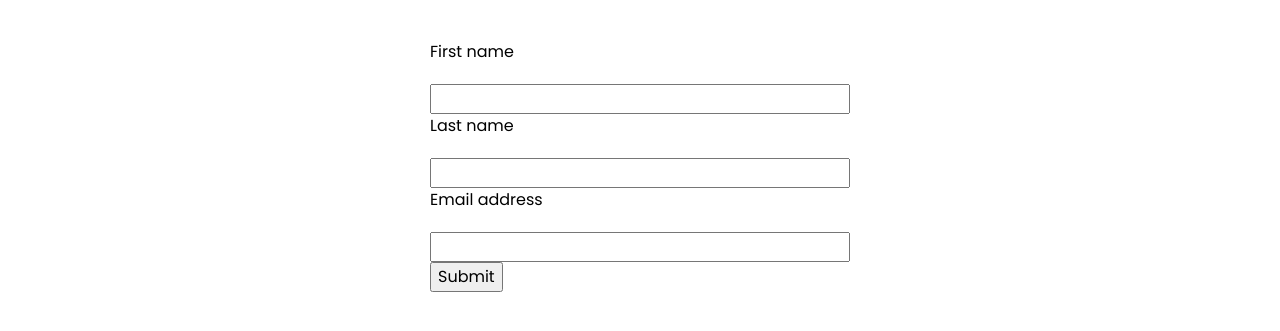
Repository: hoang0508/ReactJsDevWork
Page: /
These files come from the project's save history. The page is drawn as it stood at one moment and after the next save; the edit follows.
The browser window is 1280 px wide. The pictures show the whole page.
The project was rebuilt for these pictures with package versions that can differ from the ones it lists, and the page was loaded fresh each time.

Above is the page before, as saved 2022-02-13 14:53:28.

### src/index.scss
body {
  margin: 0;
  font-family: "Poppins", sans-serif;
  font-size: 16px;
  -webkit-font-smoothing: antialiased;
  -moz-osx-font-smoothing: grayscale;
}

code {
  font-family: source-code-pro, Menlo, Monaco, Consolas, "Courier New",
    monospace;
}

### src/App.js
import "./App.scss";
import Form from "./components/Form/Form";
// import YoutubeSearch from "./components/YTBSearch/YoutubeSearch";
// import Product from "./components/Product/Product";
// import Button from "./components/Button/Button";
// import Food from "./components/FoodApi/Food";

function App() {
  return (
    <>
      {/* <div>Hello</div> */}
      {/* <Food /> */}
      {/* <Button /> */}
      {/* <Product /> */}
      {/* <YoutubeSearch /> */}
      <Form />
    </>
  );
}

export default App;

### src/App.scss
@import url("https://fonts.googleapis.com/css2?family=Poppins:ital,wght@0,300;0,400;0,500;0,600;0,700;1,600&family=Red+Hat+Display:wght@300;400;500;600;700&display=swap");
*,
*::before,
*::after {
  box-sizing: border-box;
}
body,
h1,
h2,
h3,
h4,
h5,
h6,
p,
figure,
picture {
  margin: 0;
}
body {
  min-height: 100vh;
  line-height: 1.5;
}
input,
button,
select,
textarea {
  font: inherit;
}
img,
picture {
  display: block;
  max-width: 100%;
}
/* remove animation for people who've turned them off */
@media (prefers-reduced-motion: reduce) {
  *,
  *::before,
  *::after {
    animation-duration: 0.01ms !important;
    animation-iteration-count: 1 !important;
    transition-duration: 0.01ms !important;
    scroll-behavior: auto !important;
  }
}

// body {
//   background: #eb3349; /* fallback for old browsers */
//   background: -webkit-linear-gradient(
//     to right,
//     #f45c43,
//     #eb3349
//   ); /* Chrome 10-25, Safari 5.1-6 */
//   background: linear-gradient(
//     to right,
//     #f45c43,
//     #eb3349
//   ); /* W3C, IE 10+/ Edge, Firefox 16+, Chrome 26+, Opera 12+, Safari 7+ */
// }

// body {
//   background-color: #181818;
// }

### src/components/Form/Form.js
import React from "react";
import "./Form.scss";
const Form = () => {
  return (
    <form className="form">
      <div className="form-group">
        <label htmlFor="firstName" className="form-label">
          First name
        </label>
        <input
          className="form-input"
          type="text"
          name="firstName"
          id="firstName"
        />
      </div>
      <div className="form-group">
        <label htmlFor="lastName" className="form-label">
          Last name
        </label>
        <input
          className="form-input"
          type="text"
          name="lastName"
          id="lastName"
        />
      </div>
      <div className="form-group">
        <label htmlFor="email" className="form-label">
          Email address
        </label>
        <input className="form-input" type="email" name="email" id="email" />
      </div>
      <button className="form-btn">Submit</button>
    </form>
  );
};

export default Form;

### src/components/Form/Form.scss
.form {
  padding: 40px;
  max-width: 500px;
  width: 100%;
  margin: 0 auto;
  &-group {
    display: flex;
    flex-direction: column;
    gap: 20px;
  }
}

Loaded but not shown: public/index.html (common file); src/index.js (common file); src/reportWebVitals.js (common file)

After the next save:
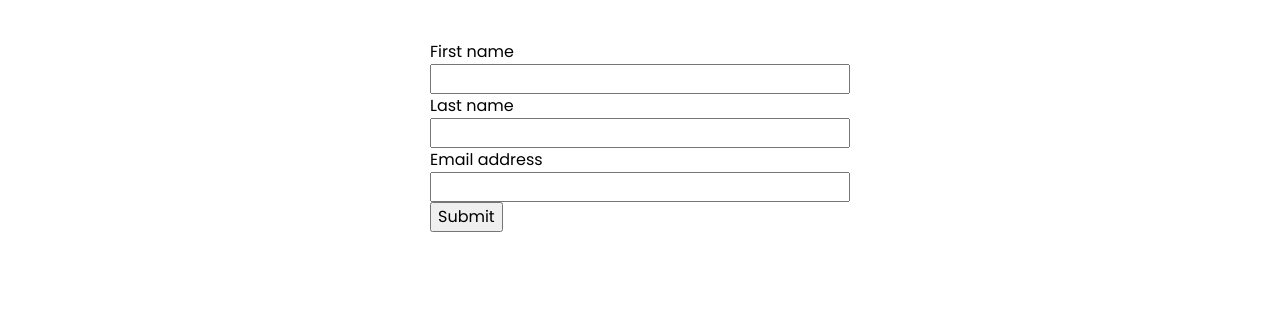
Saved 6 s later.
--- a/src/components/Form/Form.scss
+++ b/src/components/Form/Form.scss
@@ -6,6 +6,5 @@
   &-group {
     display: flex;
     flex-direction: column;
-    gap: 20px;
   }
 }
